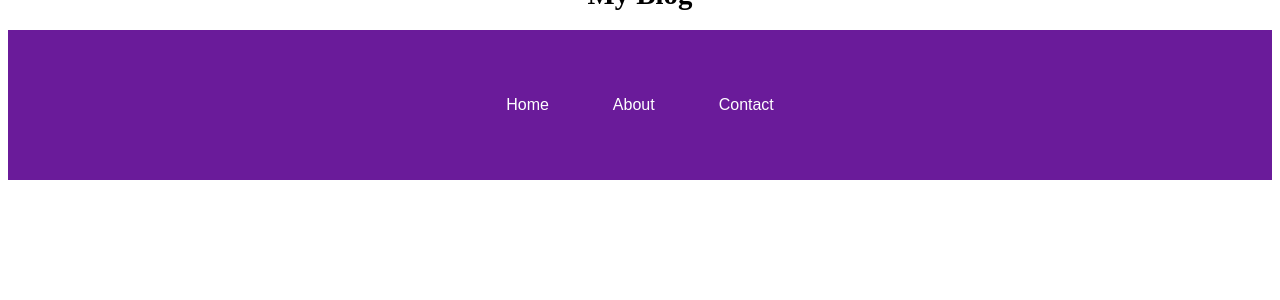
Repository: Femi007-gh/BLOG
Page: index.html
These files come from the project's save history. The page is drawn as it stood at one moment and after a run of saves; the edit follows.
The browser window is 1280 px wide. The pictures show the whole page.

Above is the page before, as saved 2025-01-08 07:30:58.

After the next 3 saves:
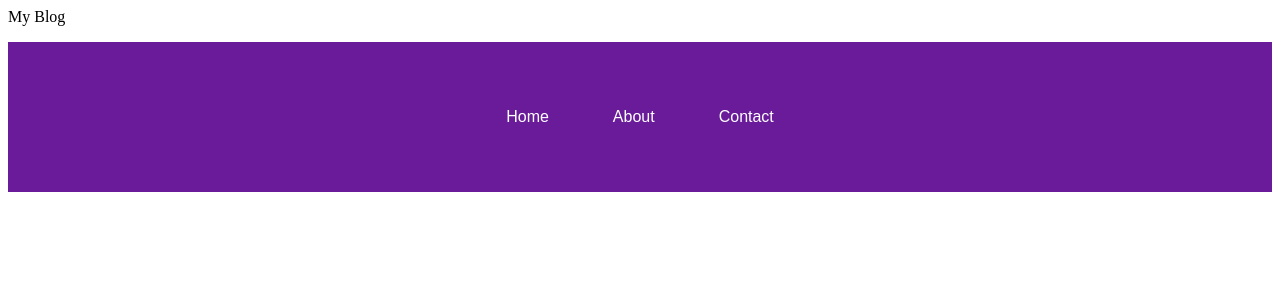
The 3 saves are shown as one change because they came seconds apart.
The last was saved 19 s later.
--- a/index.html
+++ b/index.html
@@ -5,7 +5,7 @@
   </head>
   <body>
     <header>
-      <h1>My Blog</h1>
+      <p>My Blog</p>
       <nav>
         <ul>
           <li><a href="#">Home</a></li>
